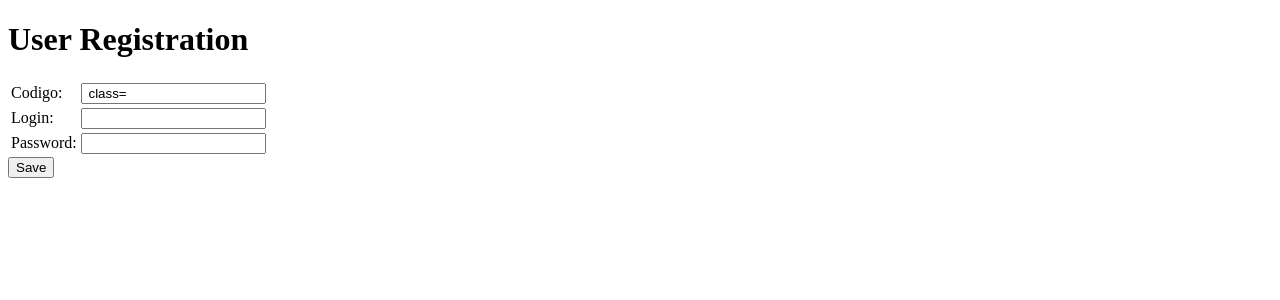
Repository: ViniciusBeletella/project-jsp
Page: http://localhost/project-jsp/userRegistration.jsp
The author's editor kept a copy of each file at every save. The page is drawn from the files as they stood at one save, then again after the next save.
The browser window is 1280 px wide. The pictures show the whole page.
The page is served by Tomcat 9.

Above is the page before, as saved 2019-12-20 13:35:05.

After the next save:
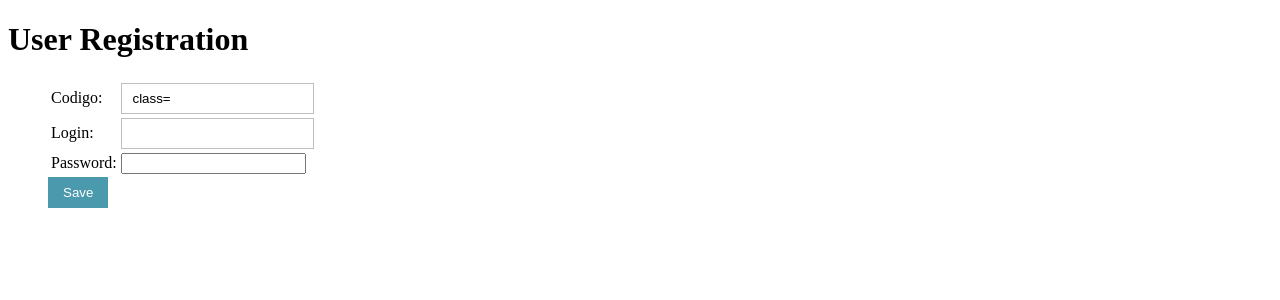
Saved 3 min 34 s later.
--- a/project-jsp/WebContent/userRegistration.jsp
+++ b/project-jsp/WebContent/userRegistration.jsp
@@ -13,6 +13,8 @@
 	<h1>User Registration</h1>
 
 	<form action="saveUser" method="post">
+	<ul class="form-style-1">
+	<li>
 		<table>
 		    <tr>
 				<td>Codigo:</td>
@@ -29,6 +31,8 @@
 			</tr>
 		</table>
 		<input type="submit" value="Save">
+		</li>
+		</ul>
 	</form>
 	<table>
 
